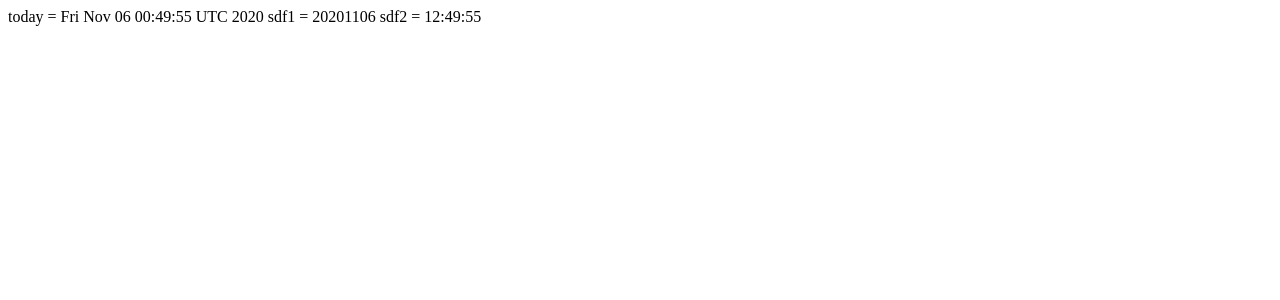
Repository: parkmyounghoi/20201113
Page: http://localhost/20201109/simpleDate.jsp
An editor plug-in stored every save of this project. The page is shown before and after the next save, followed by the edit.
The browser window is 1280 px wide. The pictures show the whole page.
The page is served by Tomcat 9.

Above is the page before, as saved 2020-11-09 00:46:42.

After the next save:
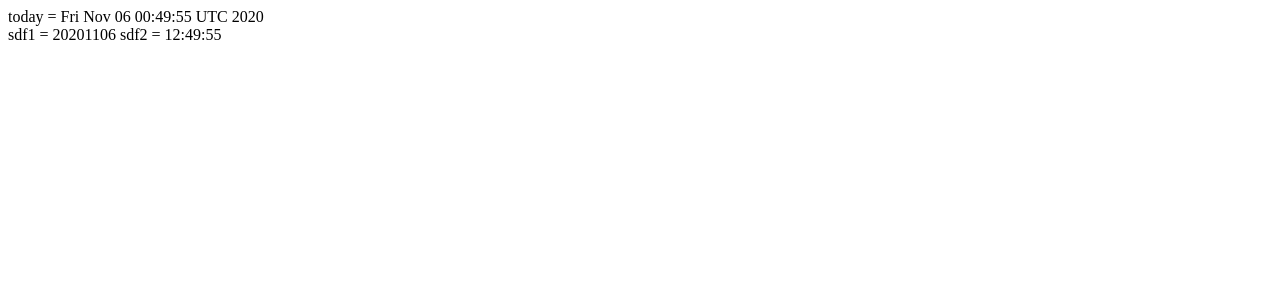
Saved 4 s later.
--- a/20201109/WebContent/simpleDate.jsp
+++ b/20201109/WebContent/simpleDate.jsp
@@ -10,7 +10,7 @@
 <body>
 <%
 	Date today = new Date();
-	out.println("today  = "+ today);
+	out.println("today  = "+ today+"<br/>");
 	SimpleDateFormat sdf1 = new SimpleDateFormat("yyyyMMdd");
 	SimpleDateFormat sdf2 = new SimpleDateFormat("hh:mm:ss");
 
